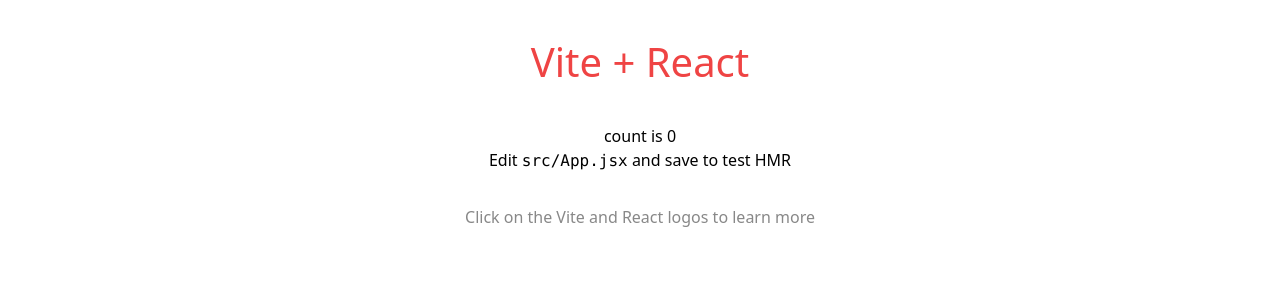
Repository: jahidhasanri/CAMPUSMART
Page: /dashboard
An editor plug-in stored every save of this project. The page is shown before and after the next save, followed by the edit.
The browser window is 1280 px wide. The pictures show the whole page.
The project was rebuilt for these pictures with package versions that can differ from the ones it lists, and the page was loaded fresh each time. Also part of the build but not shown: vite.config.js.

Above is the page before, as saved 2026-01-11 21:12:51.

After the next save:
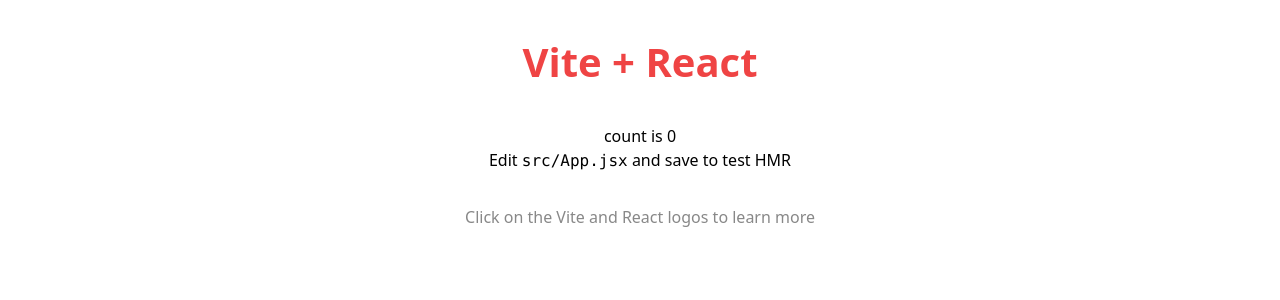
Saved 14 s later.
--- a/src/App.jsx
+++ b/src/App.jsx
@@ -7,7 +7,7 @@
   return (
     <>
 
-      <h1 className='text-red-500 text-[40px]'>Vite + React</h1>
+      <h1 className='text-red-500 text-[40px] font-bold'>Vite + React</h1>
       <div className="card">
         <button onClick={() => setCount((count) => count + 1)}>
           count is {count}
